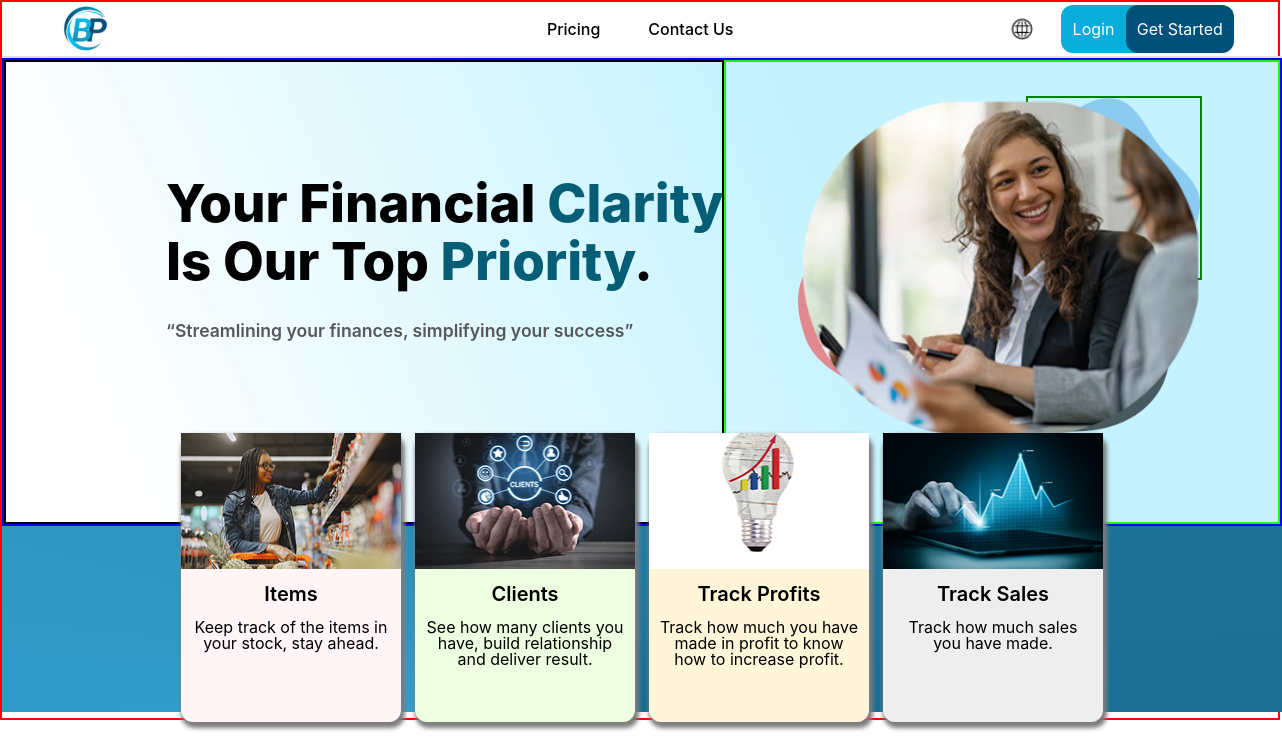
Repository: dark-txch/Bizpadi
Page: /
These files come from the project's save history. The page is drawn as it stood at one moment and after the next save; the edit follows.
The browser window is 1280 px wide. The page is 1282 px wide, so the pictures cover 1282 px, including what lies to the right of the window. The pictures show the whole page.
The project was rebuilt for these pictures with package versions that can differ from the ones it lists, and the page was loaded fresh each time. Also part of the build but not shown: vite.config.js, src/components/ErrorBoundary.jsx, src/components/LandingPage/PricingPage/Pricing.jsx, src/components/LandingPage/LogInPage/LogIn.jsx.

Above is the page before, as saved 2025-04-07 09:43:37.

After the next save:
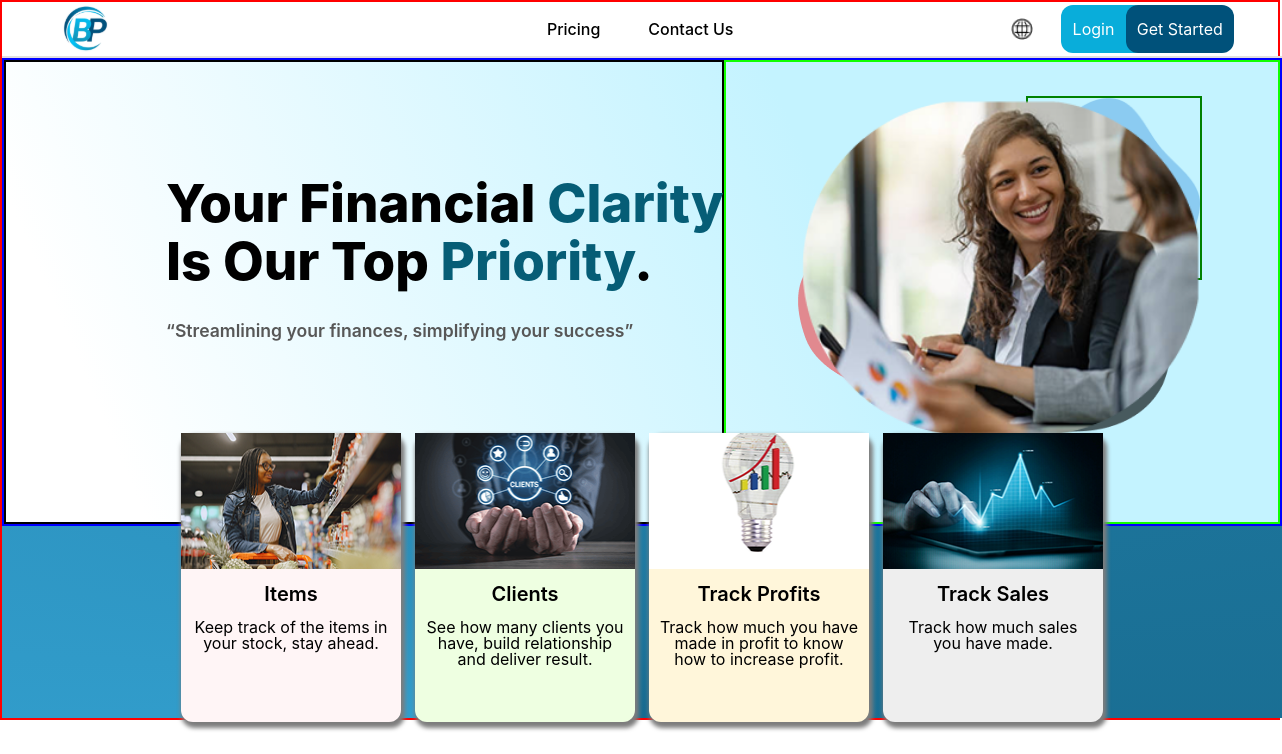
Saved 25 s later.
--- a/src/App.css
+++ b/src/App.css
@@ -218,7 +218,7 @@
 	display: flex;
 	justify-content: center;
 	flex: 1;
-	height: calc(100vh - 534px);
+	/* height: calc(100vh - 534px); */
 	background: conic-gradient(
 		from 164.13deg at 41.58% 79.97%,
 		#115e80 0deg,
